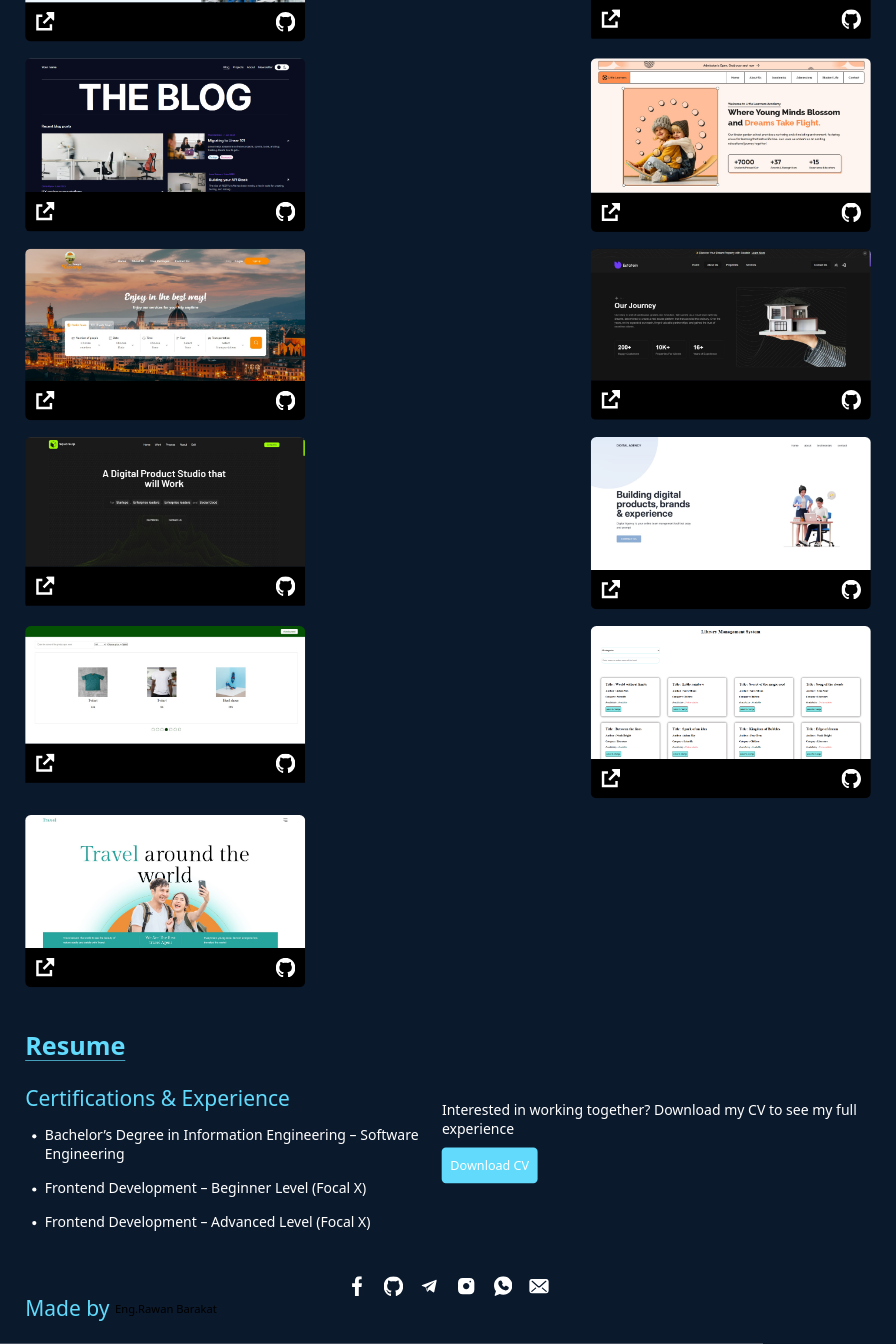
Repository: RawanBarakat-hub/portfolio
Page: /
The author's editor kept a copy of each file at every save. The page is drawn from the files as they stood at one save, then again after a run of saves.
The browser window is 1280 px wide. The pictures show the part of the page from y = 1935 to 3855 px (the page is 3855 px tall), at 70% of full size.
The project was rebuilt for these pictures with package versions that can differ from the ones it lists, and the page was loaded fresh each time. Also part of the build but not shown: vite.config.ts.

Above is the page before, as saved 2026-02-22 23:35:11.

### index.html
<!doctype html>
<html lang="en">
  <head>
    <meta charset="UTF-8" />
    <link rel="icon" type="image/svg+xml" href="/assets/images/photos/logo.png" />
    <meta name="viewport" content="width=device-width, initial-scale=1.0" />
    <title>Rawan's portfolio</title>
  </head>
  <body>
    <div id="root"></div>
    <script type="module" src="/src/main.tsx"></script>
  </body>
</html>

### src/index.css
@import "tailwindcss";
@theme{
    --color-primary-color: #61DAFB;
    --color-background-color: #0b192c;
    --color-hover-color: #1eb9e4;
}

### src/App.tsx
import Footer from "./components/Footer"
import Hero from "./components/Hero"
import Main from "./components/Main"
import NavBar from "./components/NavBar"
import { nav_links } from "./data/data"
import "./index.css"
function App() {

  return (
    <div className="bg-background-color px-9">
      <NavBar logo={{source:"/assets/images/photos/logo.png",alternative:"Logo"}}
      nav_links={nav_links}
      bar_icon={{source:"/assets/images/icons/bars.svg",alternative:"bars"}}
      cancel_icon={{source:"/assets/images/icons/cancel.svg",alternative:"bars"}}
      />
      <Hero/>
      <Main/>
      <Footer/>
    </div>
  )
}

export default App

### src/components/Footer.tsx
import { social_media } from "../data/data"
import Container from "./Container"
import Icon from "./Icon"
import WelcomeText from "./WelcomeText"

const Footer = () => {
    return (
        <footer className="py-15 lg:py-8">
            <Container className="footer">
                {
                    social_media.map((item,index)=>{
                        return <Icon key={index} url={item.url} image={item.image}/>
                    })
                }
            </Container>
            <div className="flex gap-2 items-center"><WelcomeText text="Made by"/> <h4>Eng.Rawan Barakat</h4></div>
        </footer>
    )
}

export default Footer

### src/components/Hero.tsx
import Image from "./Image"
import LinkBtn from "./LinkBtn"
import WelcomeText from "./WelcomeText"

const Hero = () => {
    return (
        <div className="h-screen pt-35 lg:pt-25 flex flex-col lg:flex-row
        justify-center lg:justify-between items-center gap-5">
            <div className="text-center lg:text-left">
                <WelcomeText text="Hello, I’m"/>
                <h1 className="text-white text-3xl lg:text-5xl mt-3 lg:mt-4
                mb-4 lg:mb-6 font-bold">Rawan Mohammad Barakat</h1>
                <p className="text-primary-color text-2xl lg:text-4xl max-w-2xl
                mb-4 lg:mb-14">Frontend Developer crafting clean & responsive web experiences.</p>
                <div className="flex justify-center lg:justify-start gap-4">
                    <LinkBtn url="" text="View my project"/>
                    <LinkBtn url="" text="Contact me"/>
                </div>
            </div>
            <Image source="/assets/images/photos/rawan.png" alternative="rawan"/>
        </div>
    )
}

export default Hero

### src/components/Main.tsx
import SectionAbout from "./SectionAbout"
import SectionProjects from "./SectionProjects"
import SectionReume from "./SectionReume"
import SectionSkills from "./SectionSkills"

const Main = () => {
    return (
        <main>
            <SectionAbout/>
            <SectionSkills/>
            <SectionProjects/>
            <SectionReume/>
        </main>
    )
}

export default Main

### src/components/NavBar.tsx
import { NavLink } from "react-router-dom"
import type { NavProps } from "../interfaces"
import { useState } from "react"

const NavBar = ({logo,nav_links,bar_icon,cancel_icon}:NavProps) => {
    const [show,setShow]=useState<boolean>(true)
    return (
        <div>
            <nav className="flex justify-between pl-5 pr-9 items-center fixed top-0 z-10
            w-full left-0 bg-background-color shadow-md shadow-primary-color">
                <div className="w-fit">
                    <img src={logo.source} alt={logo.alternative} />
                </div>
                <div className="hidden lg:block">
                    <ul className="flex gap-6">
                        {nav_links?.map((link,index)=>{
                            return <li key={index}>
                                <NavLink className="text-primary-color text-[18px] font-medium hover:text-hover-color"
                                to={link?.url}>{link?.text}</NavLink>
                            </li>
                        })}
                    </ul>
                </div>
                <button onClick={()=>setShow(!show)}
                className="block lg:hidden"><img src={`${show?bar_icon.source:cancel_icon.source}`}
                alt={`${show?bar_icon.alternative:cancel_icon.alternative}`} /></button>
            </nav>
            <div className={`${show ? "-left-full" :"left-1/2"} absolute top-16.5
            -translate-x-1/2 py-3.5 bg-background-color w-full transition-all`}>
                <ul className="text-center">
                        {nav_links?.map((link,index)=>{
                            return <li key={index} className="mb-4">
                                <NavLink className="text-primary-color text-[18px] font-medium"
                                to={link?.url}>{link?.text}</NavLink>
                            </li>
                        })}
                    </ul>
            </div>
        </div>
    )
}

export default NavBar

### src/data/data.ts
export const nav_links=[
    {
        url:"/",
        text:"Home"
    },
    {
        url:"/",
        text:"About"
    },
    {
        url:"/",
        text:"Skills"
    },
    {
        url:"/",
        text:"Projects"
    },
    {
        url:"/",
        text:"Resume"
    },
    {
        url:"/",
        text:"Contact"
    }
]
export const skills=[
    {
        image:{
            source:"/assets/images/icons/html.svg",
            alternative:"HTMl icon"
        },
        link:{
            url:"https://www.w3schools.com/html/default.asp",
            text:"HTML"
        }
    },
    {
        image:{
            source:"/assets/images/icons/css3.svg",
            alternative:"CSS icon"
        },
        link:{
            url:"https://www.w3schools.com/css/default.asp",
            text:"CSS"
        }
    },
    {
        image:{
            source:"/assets/images/icons/js.svg",
            alternative:"JavaScript icon"
        },
        link:{
            url:"https://www.w3schools.com/js/default.asp",
            text:"JavaScript "
        }
    },
    {
        image:{
            source:"/assets/images/icons/bootstrap.svg",
            alternative:"Bootstrap icon"
        },
        link:{
            url:"https://www.w3schools.com/bootstrap/bootstrap_ver.asp",
            text:"Bootstrap"
        }
    },
    {
        image:{
            source:"/assets/images/icons/tailwind.svg",
            alternative:"Taileind icon"
        },
        link:{
            url:"https://tailwindcss.com/",
            text:"Tailwind"
        }
    },
    {
        image:{
            source:"/assets/images/icons/react.svg",
            alternative:"React icon"
        },
        link:{
            url:"https://www.w3schools.com/react/default.asp",
            text:"React"
        }
    },
    {
        image:{
            source:"/assets/images/icons/ts.svg",
            alternative:"TypeScript icon"
        },
        link:{
            url:"https://www.w3schools.com/typescript/index.php",
            text:"TypeScript"
        }
    },
    {
        image:{
            source:"/assets/images/icons/git.svg",
            alternative:"Git icon"
        },
        link:{
            url:"https://www.w3schools.com/git/default.asp",
            text:"Git"
        }
    }
]
export const projects=[
    {
        image:{
            source:"public/assets/images/photos/flora.jpg",
            alternative:"Flora project"
        },
        title:"Flora",
        text:"Landing Page for a Real Estate Website",
        code_link:"https://github.com/RawanBarakat-hub/task-4-adv",
        project_Link:"https://rawanbarakat-hub.github.io/task-4-adv/"
    },
    {
        image:{
            source:"public/assets/images/photos/dash.jpg",
            alternative:"Dashboard project"
        },
        title:"E-commerce store dashboard",
        text:"Dashboard for managing E-commerce store",
        code_link:"https://github.com/RawanBarakat-hub/task-5-adv",
        project_Link:"https://task-5-adv.vercel.app/"
    },
    {
        image:{
            source:"public/assets/images/photos/blog.jpg",
            alternative:"Blogs project"
        },
        title:"The Blog",
        text:"Website for displaying blogs across different categories.",
        code_link:"https://github.com/RawanBarakat-hub/task-6-adv",
        project_Link:"https://task-6-adv-tawny.vercel.app/"
    },
    {
        image:{
            source:"public/assets/images/photos/littlelearners.jpg",
            alternative:"little learners project"
        },
        title:"Little learners",
        text:"Website for an educational institution.",
        code_link:"https://github.com/RawanBarakat-hub/task-2-adv",
        project_Link:"https://task-2-adv-pi.vercel.app/"
    },
    {
        image:{
            source:"public/assets/images/photos/next.jpg",
            alternative:"next project"
        },
        title:"Travel around the world",
        text:"Website for a travel company.",
        code_link:"https://github.com/RawanBarakat-hub/task-2-adv",
        project_Link:"https://task-7-adv-lac.vercel.app"
    },
    {
        image:{
            source:"public/assets/images/photos/estatein.jpg",
            alternative:"estatein project"
        },
        title:"Estatein",
        text:"Website for a real estate company.",
        code_link:"https://github.com/RaghadDeveloper/estatein",
        project_Link:"https://estatein-umber.vercel.app/"
    },
    {
        image:{
            source:"public/assets/images/photos/agency.jpg",
            alternative:"Digital project"
        },
        title:"Square",
        text:"Website for a digital products company.",
        code_link:"https://github.com/raghadsammour/squareUp.git",
        project_Link:"https://raghadsammour.github.io/squareUp/"
    },
    {
        image:{
            source:"public/assets/images/photos/digital.jpg",
            alternative:"Agency project"
        },
        title:"Digital agency",
        text:"Website for a digital products company.",
        code_link:"https://github.com/RawanBarakat-hub/Task-5",
        project_Link:"https://rawanbarakat-hub.github.io/Task-5/"
    },
    {
        image:{
            source:"public/assets/images/photos/e-commerc.jpg",
            alternative:"E-commerce project"
        },
        title:"E-commerce store",
        text:"Admin dashboard for an e-commerce store",
        code_link:"https://github.com/RawanBarakat-hub/Task-7",
        project_Link:"https://rawanbarakat-hub.github.io/Task-7/"
    },
    {
        image:{
            source:"public/assets/images/photos/library.jpg",
            alternative:"library project"
        },
        title:"Library Management System",
        text:"Website for categorizing and organizing books.",
        code_link:"https://github.com/RawanBarakat-hub/task-1-adv",
        project_Link:"https://rawanbarakat-hub.github.io/task-1-adv/"
    },
    {
        image:{
            source:"public/assets/images/photos/travelhero.jpg",
            alternative:"travel project"
        },
        title:"Travel",
        text:"Simple landing page for a travel agency website",
        code_link:"https://github.com/RawanBarakat-hub/Travel",
        project_Link:"https://rawanbarakat-hub.github.io/Travel/"
    }
]
export const certifications=[
    "Bachelor’s Degree in Information Engineering – Software Engineering",
    "Frontend Development – Beginner Level (Focal X)",
    "Frontend Development – Advanced Level (Focal X)"
]
export const social_media=[
    {
        url:"https://www.facebook.com/rawan.barakat.395?mibextid=wwXIfr&mibextid=wwXIfr",
        image:{
            source:"public/assets/images/icons/facebook.svg",
            alternative:"facebook icon"
        }
    },
    {
        url:"https://github.com/RawanBarakat-hub",
        image:{
            source:"public/assets/images/icons/github.svg",
            alternative:"github icon"
        }
    },
    {
        url:"https://t.me/Rawan_257",
        image:{
            source:"public/assets/images/icons/telegram.svg",
            alternative:"telegram icon"
        }
    },
    {
        url:"https://www.instagram.com/rawan.barakat.395?igsh=MWt1bDBya251YWFyeA%3D%3D&utm_source=qr",
        image:{
            source:"public/assets/images/icons/instagram.svg",
            alternative:"instagram icon"
        }
    },
    {
        url:"https://wa.me/963937278362",
        image:{
            source:"public/assets/images/icons/whatsapp.svg",
            alternative:"whatsapp icon"
        }
    },
    {
        url:"mailto:barakatrawan81@gmail.com",
        image:{
            source:"public/assets/images/icons/email.svg",
            alternative:"email icon"
        }
    }
]

### src/components/Container.tsx
import type { ContainerProps } from "../interfaces"

const Container = ({children,className}:ContainerProps) => {
    return (
        <div className={`flex flex-wrap gap-6 ${className=="footer"?"justify-center":"justify-between"}`}>{children}</div>
    )
}

export default Container

### src/components/Icon.tsx
import type { LinkProps } from '../interfaces'

const Icon = ({url,text,image}:LinkProps) => {
    return (
        <a  target="_blank" className={`${text&&"bg-linear-to-r from-primary-color to-black font-medium text-xl text-white p-3.5 rounded-lg w-fit flex items-center gap-4 hover:scale-120 transition-all" }`} href={url}>{text&&
                <span>{text}</span>}
            <img className='w-7' src={image?.source} alt={image?.alternative} />
        </a>

    )
}

export default Icon

### src/components/WelcomeText.tsx

const WelcomeText = ({text}:{text:string}) => {
    return (
        <p className="text-primary-color text-xl lg:text-3xl
        font-medium">{text}</p>
    )
}

export default WelcomeText

### src/components/Image.tsx
import type { ImageProps } from '../interfaces'

const Image = ({source,alternative}:ImageProps) => {
    return (
        <div className='w-125 h-125 rounded-full border-2 border-primary-color
            shadow-sm shadow-primary-color flex justify-center items-center overflow-hidden
            shrink-0'>
            <img src={source} alt={alternative} />
        </div>
    )
}

export default Image

### src/components/LinkBtn.tsx
import { Link } from 'react-router-dom'
import { type LinkProps } from '../interfaces'
const LinkBtn = ({url,text,image}:LinkProps) => {
    return (
            <Link className="bg-primary-color hover:bg-hover-color
            text-xl text-background-color p-3.5 rounded-lg w-fit flex items-center
            gap-4 transition-all`" to={url}>{text}
            {image && <img className='w-10' src={image?.source} alt={image?.alternative} />}</Link>
    )
}

export default LinkBtn

### src/components/SectionAbout.tsx
import Description from "./Description"
import Image from "./Image"
import TitleSection from "./TitleSection"
import WelcomeText from "./WelcomeText"

const SectionAbout = () => {
    return (
        <section className="py-15 lg:py-8 text-center lg:text-left">
            <TitleSection title="About me"/>
            <div className="flex flex-col lg:flex-row
                justify-center lg:justify-between items-center
                gap-4">
                <Image source="/assets/images/photos/rawanb.png" alternative="rawan"/>
                <div className="max-w-3xl">
                    <WelcomeText text="Hi there! i’m Rawan Barakat"/>
                    <Description text="I’m a Software Engineering and Information Systems
                        graduate from Latakia University, with a strong passion
                        for frontend development and website creation."/>
                    <Description text="I completed both my beginner
                        and advanced frontend training at Focal X ,
                        where I built responsive websites using HTML, CSS, JavaScript,
                        and React (JSX and TSX) , working on practical and academic projects."/>
                    <Description text="I focus on writing clean, well-structured
                    code and building modern,responsive websites that perform efficiently across different
                    devices. I’m continuously improving my skills and keeping up with the latest web
                    technologies."/>
                </div>
            </div>
        </section>
    )
}

export default SectionAbout

### src/components/SectionProjects.tsx
import { projects } from "../data/data"
import Card from "./Card"
import Container from "./Container"
import TitleSection from "./TitleSection"

const SectionProjects = () => {
    return (
        <section className="py-15 lg:py-8">
            <TitleSection title="My Projects"/>
            <Container>
                {
                    projects.map((project,index)=>{
                        return <Card key={index}
                        image={project.image} title={project.title}
                        text={project.text} code={project.code_link}
                        deploy={project.project_Link}/>
                    })
                }
            </Container>
        </section>
    )
}

export default SectionProjects

### src/components/SectionReume.tsx
import { certifications } from "../data/data"
import Description from "./Description"
import TitleSection from "./TitleSection"
import WelcomeText from "./WelcomeText"

const SectionReume = () => {
    return (
        <section className="py-15 lg:py-8">
            <TitleSection title="Resume"/>
            <div className="flex justify-between">
                <div>
                    <WelcomeText text="Certifications & Experience" />
                    <ul className="mt-0 list-disc text-white pl-7">
                        {
                            certifications.map((item,index)=>{
                                return <li key={index}>
                                    <Description text={item} />
                                </li>
                            })
                        }
                    </ul>
                </div>
                <div>
                    <Description
                    text="Interested in working together? Download my CV to see my full experience" />
                    <a href="/Rawan Barakat CV.pdf" download
                        className="inline-block p-3 rounded-md bg-primary-color hover:bg-hover-color
                        text-white text-[18px] font-medium mt-3 cursor-pointer"
                        >Download CV</a>
                </div>
            </div>
        </section>
    )
}

export default SectionReume

### src/components/SectionSkills.tsx
import { skills } from "../data/data"
import Container from "./Container"
import Icon from "./Icon"
import TitleSection from "./TitleSection"

const SectionSkills = () => {
    return (
        <section className="py-15 lg:py-8 ">
            <TitleSection title="My Skills"/>
            <Container>
                {
                    skills.map((skill,index)=>{
                        return <Icon key={index} url={skill.link.url}
                        text={skill.link.text} image={skill.image}/>
                    })
            }
            </Container>
        </section>
    )
}

export default SectionSkills

### src/components/Description.tsx

const Description = ({text}:{text:string}) => {
    return (
        <p className="text-white text-xl mt-5">{text}</p>
    )
}

export default Description

### src/components/TitleSection.tsx
import type { TitleSectionProp } from "../interfaces"

const TitleSection = ({title}:TitleSectionProp) => {
    return (
        <h2 className="text-xl lg:text-4xl text-primary-color font-semibold
        mb-4 lg:mb-9 w-fit border-b border-primary-color">{title}</h2>
    )
}

export default TitleSection

### src/components/Card.tsx
import type { CardProps } from "../interfaces"
import Icon from "./Icon"

const Card = ({image,title,text,code,deploy}:CardProps) => {
    return (
        <div className="w-100 rounded-lg overflow-hidden group">
            <div className="relative">
                <img className="w-full h-full" src={image.source} alt={image.alternative} />
                <div className="absolute -top-full group-hover:top-0 text-center
                w-full h-full bg-[#00000088] transition-all flex flex-col
                justify-center items-center">
                    <h3 className="text-white font-medium text-xl">{title}</h3>
                    <p className="text-white text-[18px]">{text}</p>
                </div>
            </div>
            <div className="flex justify-between gap-2 bg-black p-3.5">
                <Icon url={deploy} image={{source:"/assets/images/icons/arrow.svg",
                alternative:"arrow icon"}} />
                <Icon url={code} image={{source:"/assets/images/icons/github.svg",
                alternative:"github icon"}} />
            </div>
        </div>
    )
}

export default Card

Loaded but not shown: src/main.tsx (common file)

After the next 2 saves:
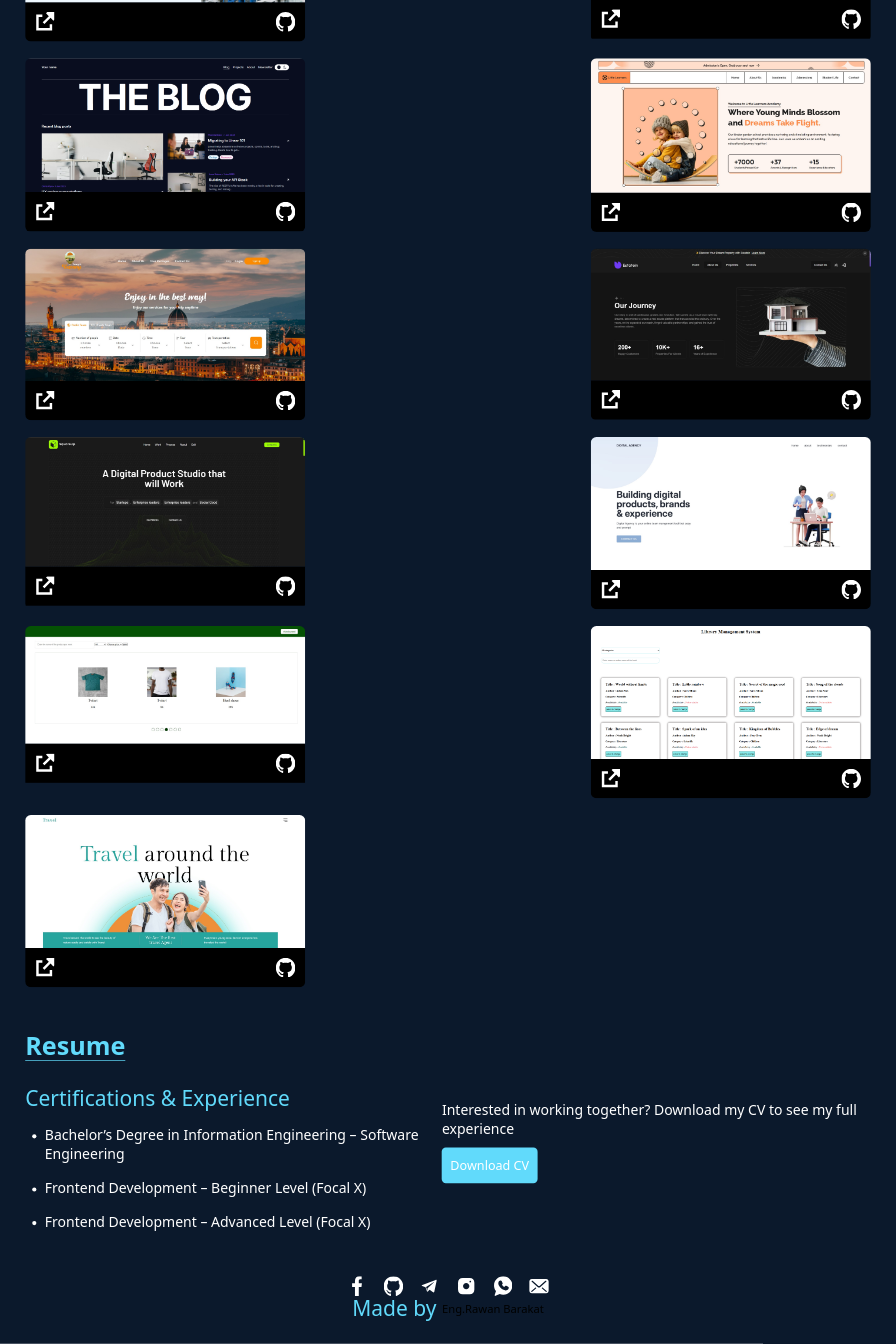
The 2 saves are shown as one change because they came seconds apart.
The last was saved 8 s later.
--- a/src/components/Footer.tsx
+++ b/src/components/Footer.tsx
@@ -13,7 +13,7 @@ const Footer = () => {
                     })
                 }
             </Container>
-            <div className="flex gap-2 items-center"><WelcomeText text="Made by"/> <h4>Eng.Rawan Barakat</h4></div>
+            <div className="flex gap-2 justify-center items-center"><WelcomeText text="Made by"/> <h4>Eng.Rawan Barakat</h4></div>
         </footer>
     )
 }
